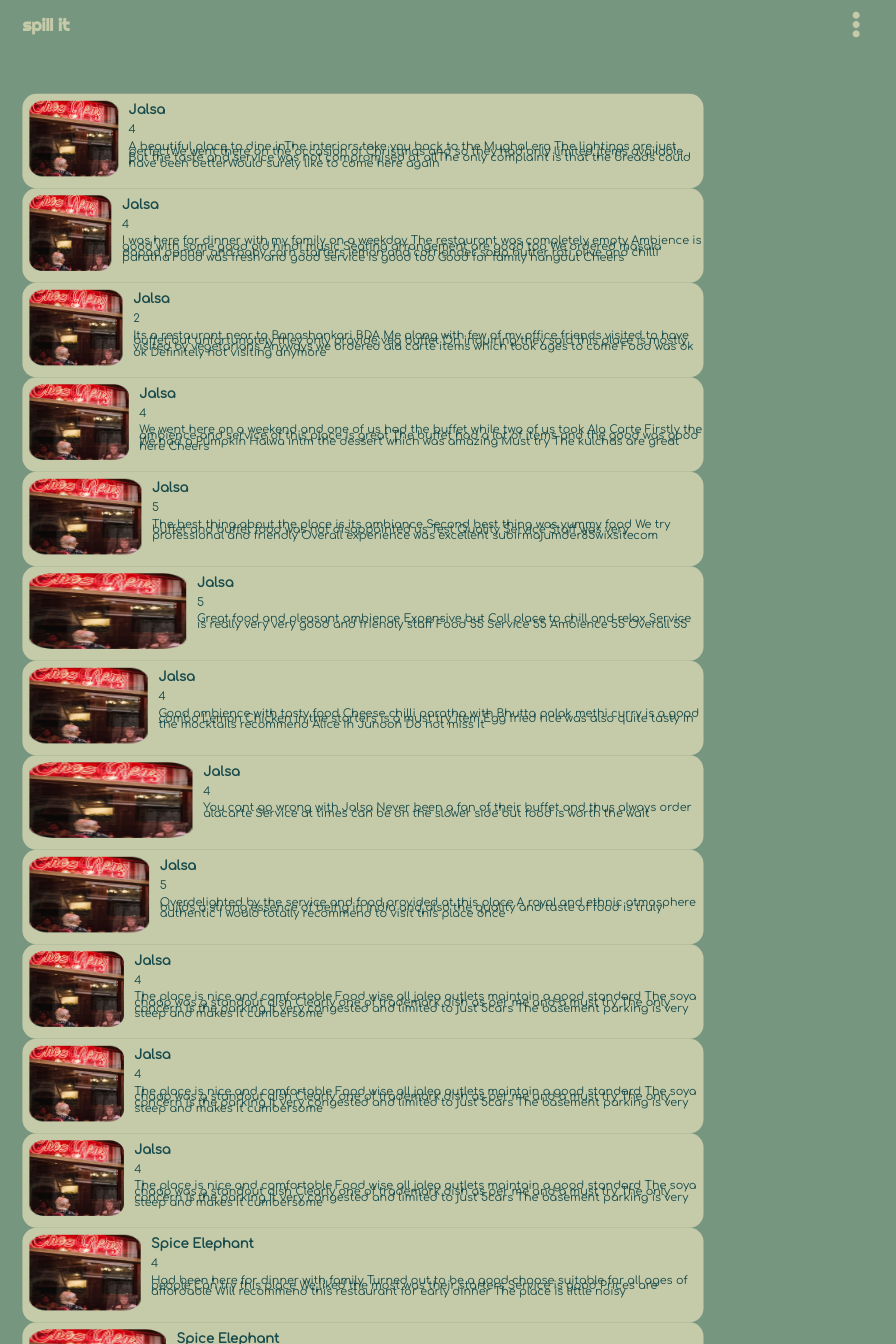
Repository: shaelorch/spillit
Page: /findASpot
An editor plug-in stored every save of this project. The page is shown before and after the next save, followed by the edit.
The browser window is 1280 px wide. The pictures show the part of the page from y = 0 to 1920 px (the page is 270803 px tall), at 70% of full size.
The project was rebuilt for these pictures with package versions that can differ from the ones it lists, and the page was loaded fresh each time. The framework's server and built-in components were replaced by stand-ins that run in the browser. Also part of the build but not shown: next.config.js, components/HeroCont.js, components/Button.js, components/SubButton.js, components/Header.js, components/popMenu.js.

Above is the page before, as saved 2023-02-10 14:44:31.

### pages/findASpot.js
import Head from 'next/head'
import Image from 'next/image'
import HeroCont from '../components/HeroCont'
import styles from '../styles/Home.module.css'
import Button from '../components/Button'
import SubButton from '../components/SubButton'
import RevCard from '../components/reviewCard'
import Header from '../components/Header'
import TopBar from '../components/topBAr'
import reviews from '../data/reviews.json'


export default function Home() {

  console.log(reviews);
  return (
    <div className={styles.container}>
      <Head>
        <title>Create Next App</title>
        <meta name="description" content="Generated by create next app" />
        <link rel="icon" href="/favicon.ico" />

      </Head>

     <TopBar/>

      <main className={styles.main}>
       <div >
        {
          reviews.map( (rev, index) => {
            return (
              <RevCard
              key={index}
              name={rev.name}
              rating={rev.rating}
              review={rev.review}></RevCard>
            )
          })

        }
       </div>



      </main>

      <footer className={styles.footer}>

      </footer>
    </div>
  )
}

### styles/globals.css

@import url('https://fonts.googleapis.com/css2?family=Righteous&display=swap');
@import url('https://fonts.googleapis.com/css2?family=Comfortaa&family=Righteous&display=swap');


html,
body {
  padding: 0;
  margin: 0;
  font-family: -apple-system, BlinkMacSystemFont, Segoe UI, Roboto, Oxygen,
    Ubuntu, Cantarell, Fira Sans, Droid Sans, Helvetica Neue, sans-serif;
}

a {
  color: inherit;
  text-decoration: none;
}

* {
  box-sizing: border-box;
}

@media (prefers-color-scheme: dark) {
  html {
    color-scheme: dark;
  }
  body {
    color: white;
    background: black;
  }
}

### styles/Home.module.css
.container {
  padding: 0 2rem;
  background-color: #779680;
}

.rotate {

  width:358;
  height:195;
  margin-top:-160;
  margin-Left:-40;
  animation:rotation 2s infinite linear;
}

.main {
  min-height: 100vh;
  padding: 4rem 0;
  flex: 1;
  display: flex;
  flex-direction: column;
  justify-content: center;
  align-items: center;
  font-family: 'Comfortaa', 'cursive';
}

.footer {
  display: flex;
  flex: 1;
  padding: 2rem 0;
  border-top: 1px solid #eaeaea;
  justify-content: center;
  align-items: center;
}

.footer a {
  display: flex;
  justify-content: center;
  align-items: center;
  flex-grow: 1;
}

.title a {
  color: #0070f3;
  text-decoration: none;
}

.title a:hover,
.title a:focus,
.title a:active {
  text-decoration: underline;
}

.title {
  margin: 0;
  line-height: 1.15;
  font-size: 4rem;
}

.title,
.description {
  text-align: center;
}

.description {
  margin: 4rem 0;
  line-height: 1.5;
  font-size: 1.5rem;
}

.code {
  background: #fafafa;
  border-radius: 5px;
  padding: 0.75rem;
  font-size: 1.1rem;
  font-family: Menlo, Monaco, Lucida Console, Liberation Mono, DejaVu Sans Mono,
    Bitstream Vera Sans Mono, Courier New, monospace;
}

.grid {
  display: flex;
  align-items: center;
  justify-content: center;
  flex-wrap: wrap;
  max-width: 800px;
}

.card {
  margin: 1rem;
  padding: 1.5rem;
  text-align: left;
  color: inherit;
  text-decoration: none;
  border: 1px solid #eaeaea;
  border-radius: 10px;
  transition: color 0.15s ease, border-color 0.15s ease;
  max-width: 300px;
}

.card:hover,
.card:focus,
.card:active {
  color: #0070f3;
  border-color: #0070f3;
}

.card h2 {
  margin: 0 0 1rem 0;
  font-size: 1.5rem;
}

.card p {
  margin: 0;
  font-size: 1.25rem;
  line-height: 1.5;
}

.logo {
  height: 1em;
  margin-left: 0.5rem;
}

@media (max-width: 600px) {
  .grid {
    width: 100%;
    flex-direction: column;
  }
}

@media (prefers-color-scheme: dark) {
  .card,
  .footer {
    border-color: #222;
  }
  .code {
    background: #111;
  }
  .logo img {
    filter: invert(1);
  }
}

### components/reviewCard.js



export default function RevCard({
    name="restaurnt",
    rating="4.0",
    review="lalalala"
}) {

    return (<div style={{justifyContent:'center',display:'flex', width:"80%", height:135, backgroundColor:'#C5CAA9',  borderRadius:20}}>

        <div style={{display:'flex', flexDirection:'row'}}>
            <img  style={{display:'flex', width:'45%', height:"80%", marginTop:10, marginLeft:10}} src="place.png"/>
            <div style={{lineHeight:0.5,paddingLeft:15, color:'#184B4B'}}>
                <h3>{name}</h3>
                <p>{rating}</p>
                <p>{review}</p>
            </div>
        </div>



    </div>

    )
}

### components/topBAr.js
import Link from "next/link"
import { useState } from "react"
import { GrClose } from 'react-icons/gr'
import PopMenu from "./popMenu";

export default function TopBar() {

    const [open, setOpen] = useState(false);

   const onClick = () => {
    setOpen (current => !current)
   };

    return (
        <><div style={{ display: 'flex', flexDirection: 'row', justifyContent: 'space-between', alignItems: 'center', backgroundColor: '#779680' }}>
            <Link href='/'>
                <h2 style={{ color: '#C5CAA9', fontFamily: 'righteous, cursive' }}>spill it</h2>
            </Link>
            <img
                onClick={onClick} style={{ height: 50, width: 50 }} src="menu.png" />
            {open ? <PopMenu/> : null}

        </div></>

            )
        }

Loaded but not shown: pages/_app.js (common file); data/reviews.json (10022 lines, source omitted)

After the next save:
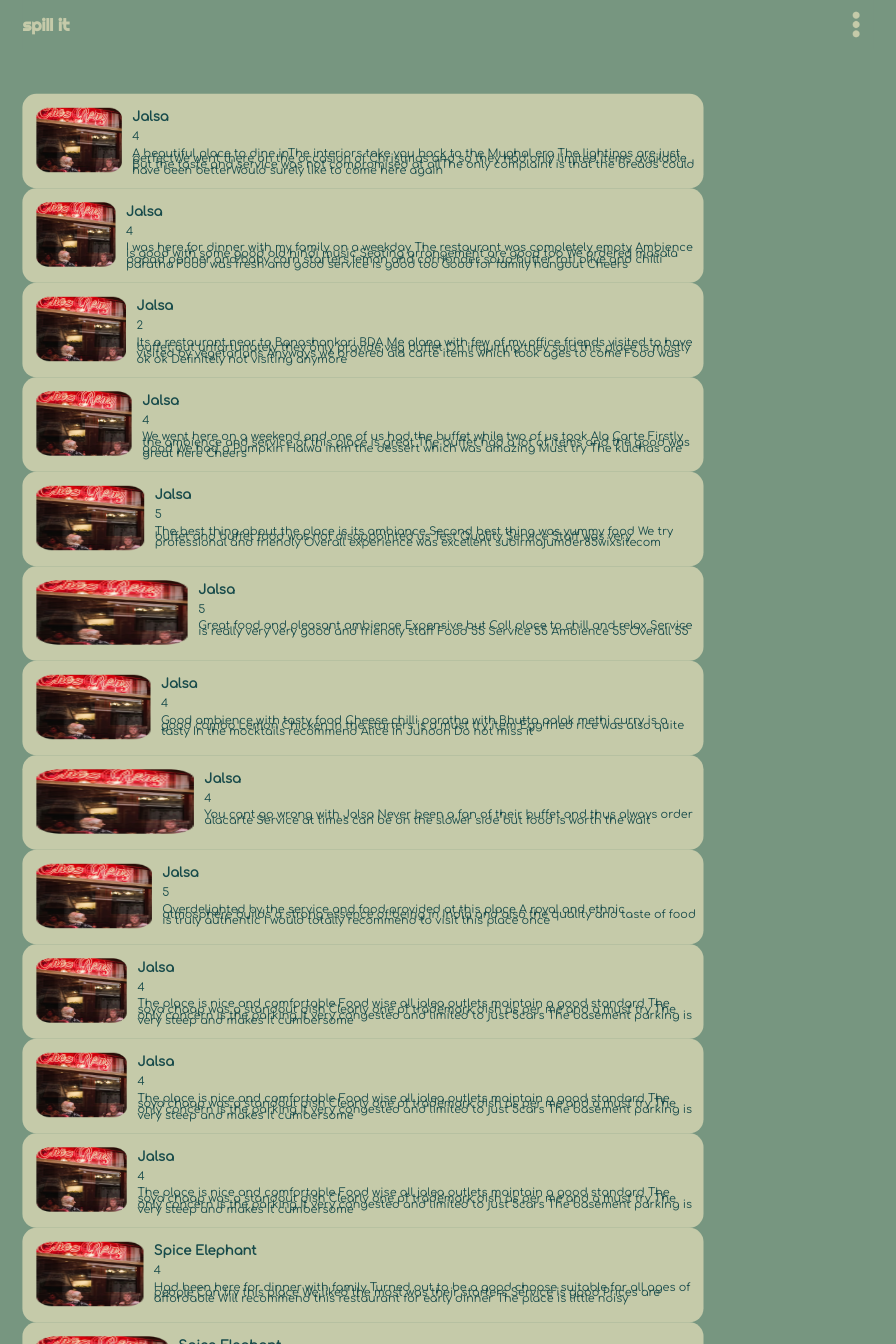
Saved 35 s later.
--- a/components/reviewCard.js
+++ b/components/reviewCard.js
@@ -7,7 +7,7 @@
     review="lalalala"
 }) {
 
-    return (<div style={{justifyContent:'center',display:'flex', width:"80%", height:135, backgroundColor:'#C5CAA9',  borderRadius:20}}>
+    return (<div style={{justifyContent:'center',display:'flex', width:"80%", height:135, backgroundColor:'#C5CAA9',padding:10,  borderRadius:20}}>
 
         <div style={{display:'flex', flexDirection:'row'}}>
             <img  style={{display:'flex', width:'45%', height:"80%", marginTop:10, marginLeft:10}} src="place.png"/>
